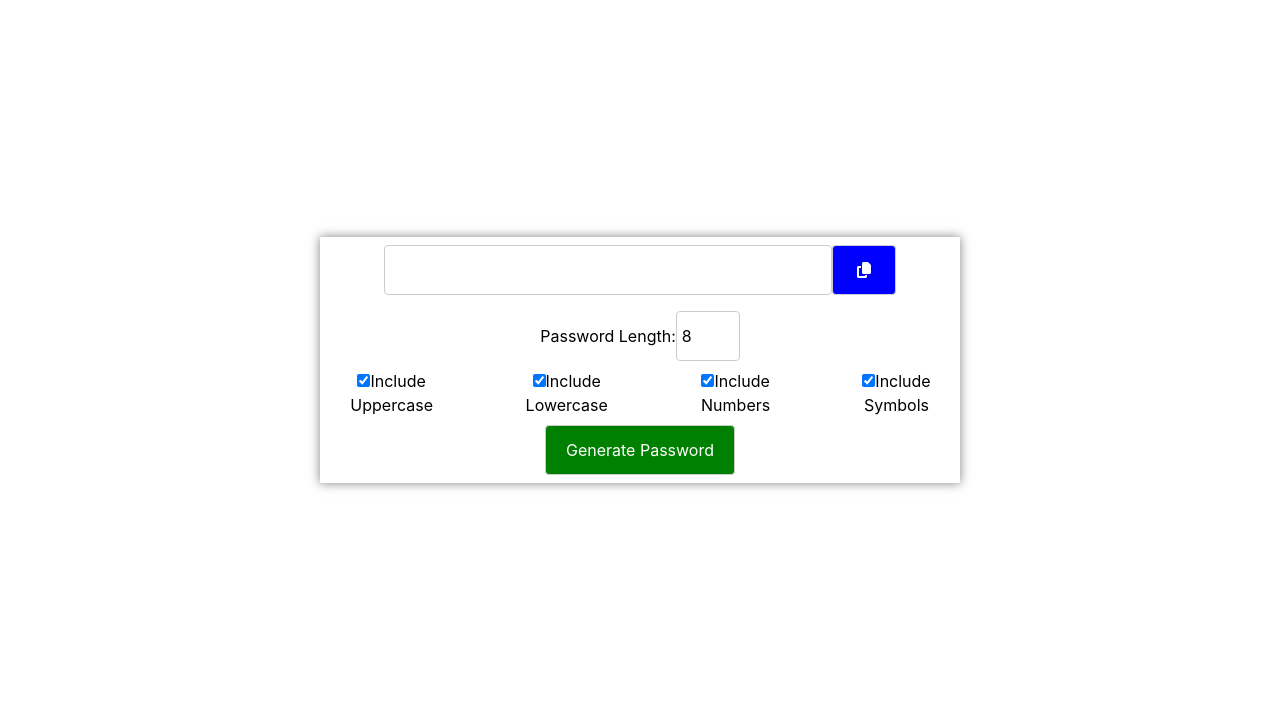
Repository: sriram1224/Password-generator
Page: / (app in password-generator/)
These files come from the project's save history. The page is drawn as it stood at one moment and after the next save; the edit follows.
The browser window is 1280 px wide. The pictures show the whole page.
Some web libraries are served in a nearby version. The project was rebuilt for these pictures with package versions that can differ from the ones it lists, and the page was loaded fresh each time.

Above is the page before, as saved 2024-03-10 21:52:10.

### password-generator/public/index.html
<!DOCTYPE html>
<html lang="en">

<head>
  <meta charset="utf-8" />
  <link rel="icon" href="%PUBLIC_URL%/favicon.ico" />
  <meta name="viewport" content="width=device-width, initial-scale=1" />
  <meta name="theme-color" content="#000000" />
  <meta name="description" content="Web site created using create-react-app" />

  <link rel="apple-touch-icon" href="%PUBLIC_URL%/logo192.png" />
  <link rel="stylesheet" href="https://cdnjs.cloudflare.com/ajax/libs/font-awesome/6.5.1/css/all.min.css"
    integrity="sha512-DTOQO9RWCH3ppGqcWaEA1BIZOC6xxalwEsw9c2QQeAIftl+Vegovlnee1c9QX4TctnWMn13TZye+giMm8e2LwA=="
    crossorigin="anonymous" referrerpolicy="no-referrer" />
  <link rel="manifest" href="%PUBLIC_URL%/manifest.json" />

  <title>React App</title>
</head>

<body>
  <noscript>You need to enable JavaScript to run this app.</noscript>
  <div id="root"></div>
  <script src="https://cdn.tailwindcss.com"></script>
</body>

</html>

### password-generator/src/App.js
import PasswordGenerator from './Components/content.js';
import './App.css';

function App() {
  return (
    <div className="App">
       <PasswordGenerator />

    </div>
  );
}

export default App;

### password-generator/src/Components/content.js
import React, { useState } from 'react';
import "./content.css"
const PasswordGenerator = () => {
  const [includeUppercase, setIncludeUppercase] = useState(true);

    const [includeLowercase, setIncludeLowercase] = useState(true);
  const [includeNumbers, setIncludeNumbers] = useState(true);

    const [includeSymbols, setIncludeSymbols] = useState(true);
  const [password, setPassword] = useState('');
  const [passwordLength, setPasswordLength] = useState(8);

  const generatePassword = () => {


      const uppercaseChars = 'ABCDEFGHIJKLMNOPQRSTUVWXYZ';
    const lowercaseChars = 'abcdefghijklmnopqrstuvwxyz';
    const numberChars = '0123456789';

      const symbolChars = '!@#$%^&*()_+-=[]{}|;:,.<>?';

    let chars = '';
    if (includeUppercase) chars += uppercaseChars;

      if (includeLowercase) chars += lowercaseChars;
    if (includeNumbers) chars += numberChars;

      if (includeSymbols) chars += symbolChars;

    let generatedPassword = '';

      for (let i = 0; i < passwordLength; i++) {
      const randomIndex = Math.floor(Math.random() * chars.length);
      generatedPassword += chars[randomIndex];
    }

      setPassword(generatedPassword);
  };

  const copyToClipboard = () => {
    navigator.clipboard.writeText(password);
  };

  return (
    <div class="main">


      <div>
        <input type="text" readOnly value={password} class="text-input"	 />
        <button onClick={copyToClipboard} class="copy"><i class="fa-solid fa-copy"></i></button>
          </div>
          <div>
        <label>
          Password Length:
          <input type="number" value={passwordLength} class="input-numbers" onChange={(e) => setPasswordLength(parseInt(e.target.value))} />
        </label>
          </div>
          <div class="checkboxed">
               <div>
        <label>
          <input type="checkbox" checked={includeUppercase} onChange={() => setIncludeUppercase(!includeUppercase)} />
          Include Uppercase
        </label>
      </div>
      <div>
        <label>
          <input type="checkbox" checked={includeLowercase} onChange={() => setIncludeLowercase(!includeLowercase)} />
          Include Lowercase
        </label>
      </div>
      <div>
        <label>
          <input type="checkbox" checked={includeNumbers} onChange={() => setIncludeNumbers(!includeNumbers)} />
          Include Numbers
        </label>
      </div>
      <div>
        <label>
          <input type="checkbox" checked={includeSymbols} onChange={() => setIncludeSymbols(!includeSymbols)} />
          Include Symbols
        </label>
              </div>
            </div>

          <button onClick={generatePassword} class="generate">Generate Password</button>
    </div>
  );
};

export default PasswordGenerator;

### password-generator/src/Components/content.css
.text-input{
    width: 70%;
    padding: 12px 20px;
    margin: 8px 0;
    display: inline-block;
    border: 1px solid #ccc;
    border-radius: 4px;
    box-sizing: border-box;
}
.copy{
    width: 10%;
    padding: 12px 20px;
    margin: 8px 0;
    display: inline-block;
    border: 1px solid #ccc;
    border-radius: 4px;
    box-sizing: border-box;
    background-color: blue;
    color: white;
}
.checkboxed{
    display: flex;
    gap: 2rem;
}
.generate{

    padding: 12px 20px;
    margin: 8px 0;
    display: inline-block;
    border: 1px solid #ccc;
    border-radius: 4px;
    box-sizing: border-box;
    background-color: green;
    color: white;
}
.input-numbers{
    width: 10%;
    padding: 12px 5px;
    margin: 8px 0;
    display: inline-block;
    border: 1px solid #ccc;
    border-radius: 4px;
    box-sizing: border-box;
}
@media screen and (max-width: 1100px) {


    .generate,
    .input-numbers {
        width: 100%;
    }

    .checkboxed {
        flex-direction: column;
        gap: 1rem;
    }
}
.main {
    box-shadow: 0px 0px 10px rgba(0, 0, 0, 0.5);
    /* Adjust as needed */
    position: absolute;
    top: 50%;
    left: 50%;
    transform: translate(-50%, -50%);
    /* Add width and height if necessary */
}

Loaded but not shown: password-generator/src/index.js (common file); password-generator/src/index.css (common file); password-generator/src/reportWebVitals.js (common file); password-generator/src/App.css (common file)

After the next save:
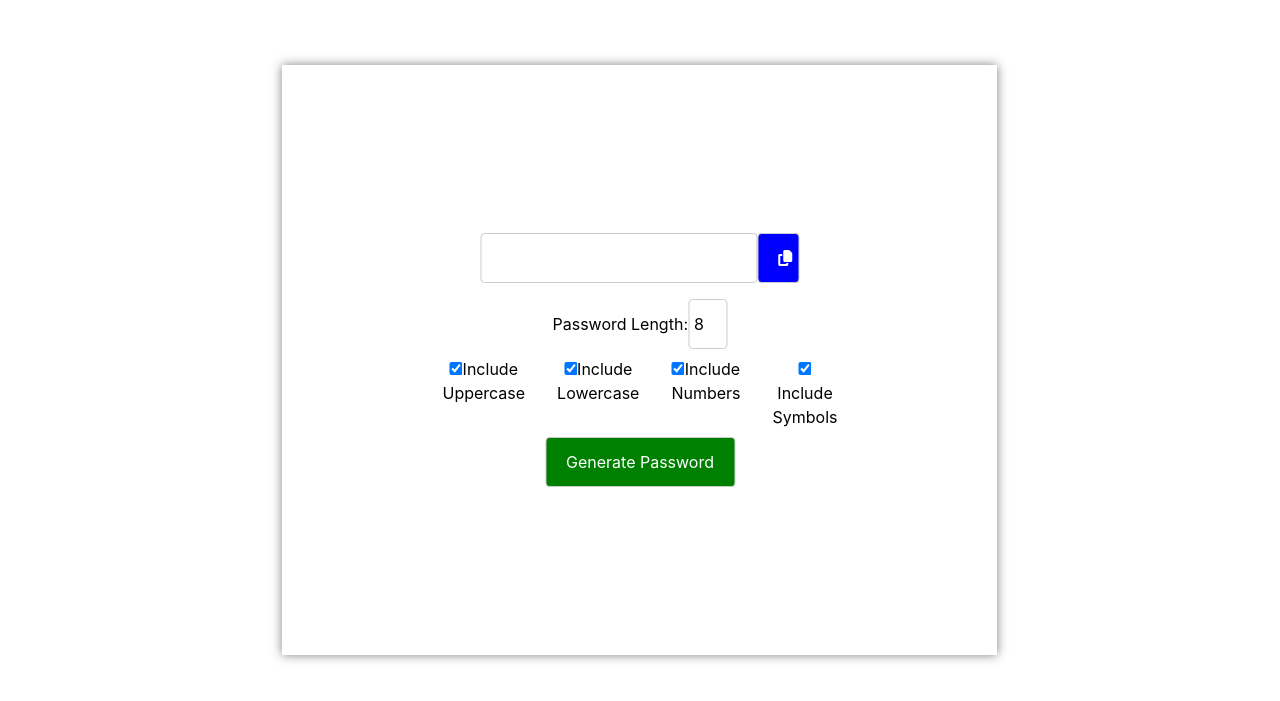
Saved 15 s later.
--- a/password-generator/src/Components/content.css
+++ b/password-generator/src/Components/content.css
@@ -56,6 +56,7 @@
     }
 }
 .main {
+    padding: 10rem 10rem;
     box-shadow: 0px 0px 10px rgba(0, 0, 0, 0.5);
     /* Adjust as needed */
     position: absolute;
